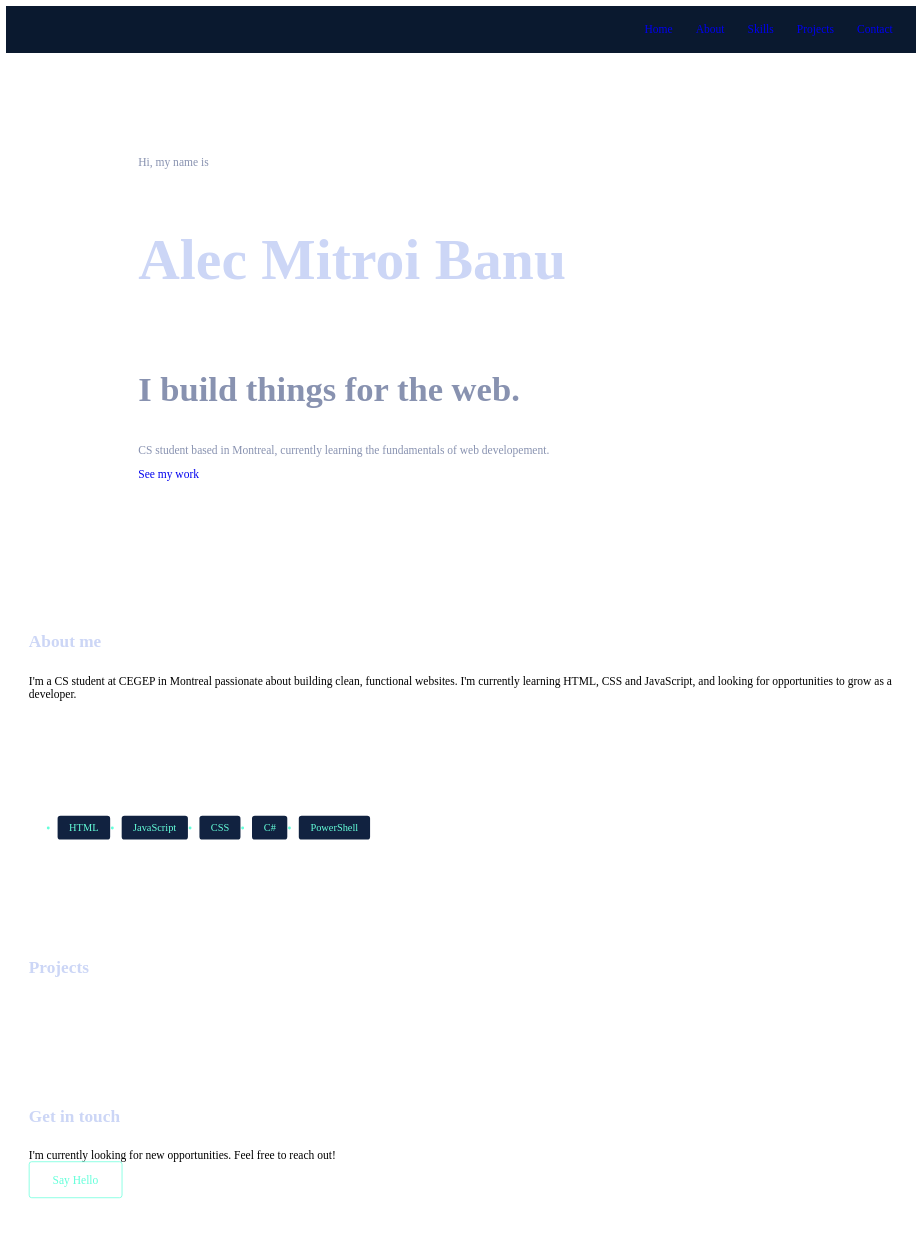
Repository: Alec-Banu/Alec-Banu
Page: index.html
These files come from the project's save history. The page is drawn as it stood at one moment and after the next save; the edit follows.
The browser window is 1280 px wide. The pictures show the whole page, at 72% of full size.

Above is the page before, as saved 2026-05-04 12:33:27.

### index.html
<!doctype html>
<html lang="en">
  <head>
    <meta charset="UTF-8" />
    <meta name="viewport" content="width=device-width, initial-scale=1.0" />
    <title>Alec Mitroi Banu</title>
    <link rel="stylesheet" href="./styles/globals.css" />
    <link rel="stylesheet" href="./styles/index.css" />
  </head>
  <body>
    <!-- Nav  -->
    <nav>
      <a href="#hero">Home</a>
      <a href="#about">About</a>
      <a href="#skills">Skills</a>
      <a href="#projects">Projects</a>
      <a href="#contact">Contact</a>
    </nav>

    <!-- Hero  -->
    <section id="hero">
      <p>Hi, my name is</p>
      <h1>Alec Mitroi Banu</h1>
      <h2>I build things for the web.</h2>
      <p>
        CS student based in Montreal, currently learning the fundamentals of web
        developement.
      </p>
      <a href="#projects">See my work</a>
    </section>

    <!-- About  -->
    <section id="about">
      <h2>About me</h2>
      <p>
        I'm a CS student at CEGEP in Montreal passionate about building clean,
        functional websites. I'm currently learning HTML, CSS and JavaScript,
        and looking for opportunities to grow as a developer.
      </p>
    </section>

    <!-- Skills  -->
    <section id="skills">
      <ul>
        <li>HTML</li>
        <li>JavaScript</li>
        <li>CSS</li>
        <li>C#</li>
        <li>PowerShell</li>
      </ul>
    </section>

    <!-- Projects -->
    <section id="projects">
      <h2>Projects</h2>
    </section>

    <!-- Contact -->
    <section id="contact">
      <h2>Get in touch</h2>
      <p>
        I'm currently looking for new opportunities. Feel free to reach out!
      </p>
      <a href="mailto:alecbanu@yahoo.com">Say Hello</a>
    </section>
  </body>
</html>

### styles/index.css
a{
    text-decoration: none;
}

nav {
  display: flex;
  gap: 2rem;
  padding: 1.5rem 2rem;
  justify-content: flex-end;
  position: sticky;
  top: 0;
  background-color: #0a192f;
}

#hero {
  min-height: 100vh;
  display: flex;
  flex-direction: column;
  justify-content: center;
  padding: 0 2rem;
  max-width: 56rem;
  margin: 0 auto;

  h1 {
    font-size: 2rem;
    color: #ccd6f6;
  }
  h2 {
    font-size: 1.5rem;
    color: #8892b0;
  }
  p {
    color: #8892b0;
    margin: 1rem 0;
  }
}

section {
  padding: 4rem 2rem;

  h2 {
    font-size: 1.5rem;
    margin-bottom: 2rem;
    color: #ccd6f6;
  }
}

#skills {
  ul {
    display: flex;
    flex-wrap: wrap;
    gap: 1rem;
  }
  li {
    background-color: #112240;
    color: #64ffda;
    padding: 0.5rem 1rem;
    border-radius: 0.25rem;
    font-size: 0.9rem;
  }
}

#projects {
}

#contact {
  a {
    border: 0.1rem solid #64ffda;
    color: #64ffda;
    padding: 1rem 2rem;
    border-radius: 0.25rem;
  }
  a:hover {
    background-color: #64ffda1a;
    text-decoration: none;
  }
}

/* Tablet */

@media (min-width: 768px) {
  #hero h1 {
    font-size: 3.5rem;
  }
  #hero h2 {
    font-size: 2.5rem;
  }
}

/* Desktop */

@media (min-width: 1024px) {
  #hero h1 {
    font-size: 5rem;
  }
  #hero h2 {
    font-size: 3rem;
  }
}

Loaded but not shown: styles/globals.css (no stored copy; drawn as an empty file)

After the next save:
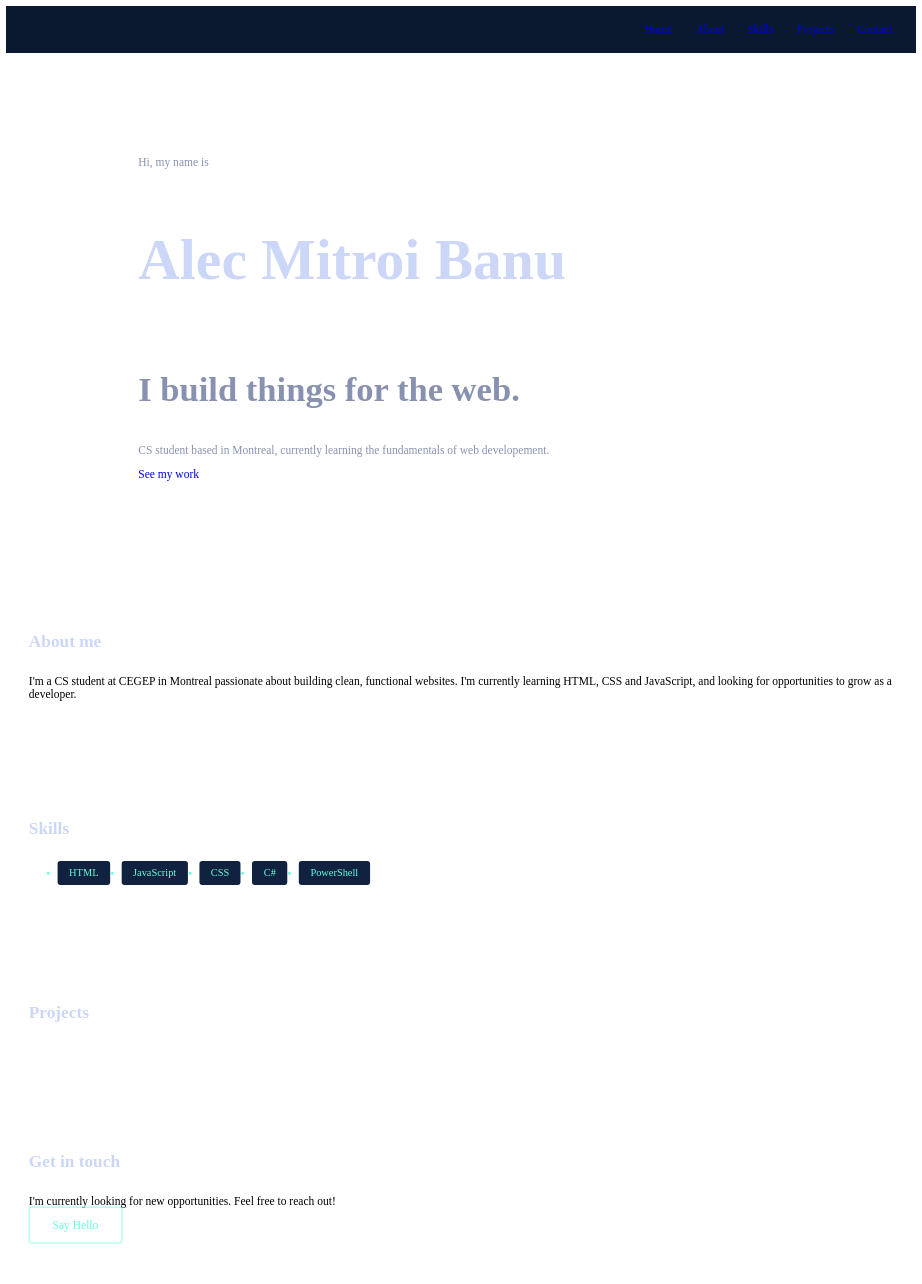
Saved 6 min 38 s later.
--- a/index.html
+++ b/index.html
@@ -41,6 +41,7 @@
 
     <!-- Skills  -->
     <section id="skills">
+      <h2>Skills</h2>
       <ul>
         <li>HTML</li>
         <li>JavaScript</li>
